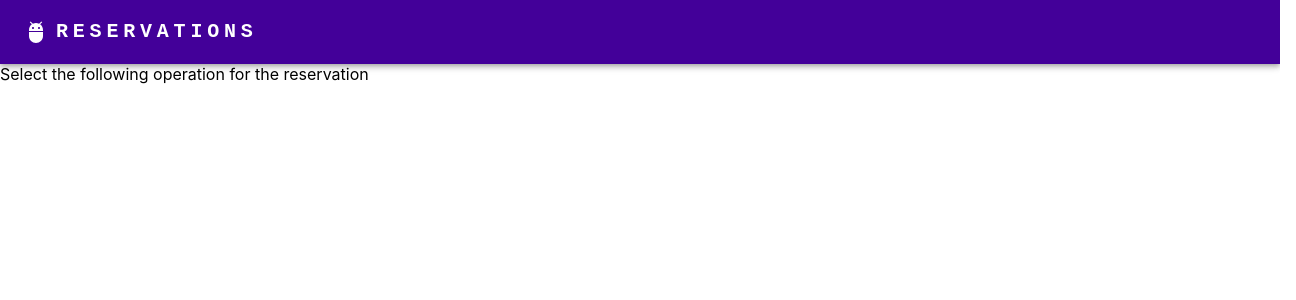
Repository: jbpadilha/reservationAWSRXJS
Page: /
An editor plug-in stored every save of this project. The page is shown before and after the next save, followed by the edit.
The browser window is 1280 px wide. The page is 1280 px wide, then 1296 px, so the pictures cover 1296 px, including what lies to the right of the window. The pictures show the whole page.
The project was rebuilt for these pictures with package versions that can differ from the ones it lists, and the page was loaded fresh each time. Also part of the build but not shown: src/App.css.

Above is the page before, as saved 2023-07-11 20:58:33.

### src/index.tsx
import React, { Suspense, StrictMode } from "react";
import { createRoot } from "react-dom/client";
import { Provider } from "react-redux";
import { ThemeProvider } from "@mui/material/styles";
import "./index.css";
import { PersistGate } from "redux-persist/integration/react";
import { CircularProgress, LinearProgress } from "@mui/material";
import { persistStore } from "redux-persist";
import App from "./App";
import muiTheme from "./config/muiTheme";
import { store } from "./store/store";
import "./config/i18next";

<link rel="preconnect" href="https://fonts.googleapis.com" />;
<link rel="preconnect" href="https://fonts.gstatic.com" crossOrigin="" />;
<link
  href="https://fonts.googleapis.com/css2?family=Inter:wght@100;300;400;500;600;700&family=Roboto:ital,wght@0,300;0,400;0,500;0,700;1,400&display=swap"
  rel="stylesheet"
/>;
<link
  rel="stylesheet"
  href="https://fonts.googleapis.com/icon?family=Material+Icons"
/>;

// eslint-disable-next-line import/prefer-default-export
export const persistor = persistStore(store as any);

const container = document.createElement("div");
document.body.appendChild(container);

createRoot(container).render(
  <StrictMode>
    <Provider store={store}>
      <PersistGate loading={<CircularProgress />} persistor={persistor}>
        <ThemeProvider theme={muiTheme}>
          <Suspense fallback={<LinearProgress />}>
            <App />
          </Suspense>
        </ThemeProvider>
      </PersistGate>
    </Provider>
  </StrictMode>,
);

### src/App.tsx
import React from "react";
import "./App.css";

import RoutesComponent from "./components/routes/RoutesComponent";

const App = () => (
  <div className="App">
    <RoutesComponent />
  </div>
);

export default App;

### src/config/muiTheme.ts
import { createTheme } from "@mui/material";

const muiTheme = createTheme({
  background: "white",
  breakpoints: {
    values: {
      xs: 0,
      sm: 600,
      md: 960,
      lg: 1440,
      xl: 1964,
    },
  },
  palette: {
    primary: {
      main: "#430099",
      dark: "#EB078C",
    },
    baseColor: "##430099",
    baseColorTxt: "#6c757d",
    lightGreyTxt: "#98a6ad",
    backgroundGray: "#F9F9F9",
    titleDarkRed: "#0B1B39",
    fontColorRed: "#EB078C",
  },
});

export default muiTheme;

### src/store/store.ts
import { configureStore } from "@reduxjs/toolkit";
import sessionStorage from "redux-persist/lib/storage";
import {
  persistReducer,
  FLUSH,
  REHYDRATE,
  PAUSE,
  PERSIST,
  PURGE,
  REGISTER,
} from "redux-persist";
import reducers from "./reducers";

const persistConfig = {
  key: "root",
  storage: sessionStorage,
};

const persistedReducer = persistReducer(persistConfig, reducers);

export const store = configureStore({
  reducer: persistedReducer,
  middleware: (getDefaultMiddleware) =>
    getDefaultMiddleware({
      serializableCheck: {
        ignoredActions: [FLUSH, REHYDRATE, PAUSE, PERSIST, PURGE, REGISTER],
      },
    }),
});

// Infer the `RootState` and `AppDispatch` types from the store itself
export type RootState = ReturnType<typeof store.getState>;
// Inferred type: {posts: PostsState, comments: CommentsState, users: UsersState}
export type AppDispatch = typeof store.dispatch;

### src/config/i18next.ts
/* eslint-disable import/no-unresolved */
/* eslint-disable camelcase */
import i18next from "i18next";
import { initReactI18next } from "react-i18next";
import LanguageDetector from "i18next-browser-languagedetector";

import en from "./locales/en.json";

const options = {
  // order and from where user language should be detected
  order: [
    "querystring",
    "cookie",
    "localStorage",
    "sessionStorage",
    "navigator",
    "htmlTag",
    "path",
    "subdomain",
  ],
};

const i18nOptions: any = {
  fallbackLng: "en",
  detection: options,
  debug: true,
  resources: {
    en: { translation: en },
  },
  interpolation: {
    escapeValue: false,
  },
  react: {
    bindI18n: "languageChanged",
    bindI18nStore: "",
    transEmptyNodeValue: "",
    transSupportBasicHtmlNodes: true,
    useSuspense: true,
    omitBoundRerender: false,
  },
};

i18next.use(LanguageDetector).use(initReactI18next).init(i18nOptions);

export default i18next;

### src/components/routes/RoutesComponent.tsx
import React from "react";
import { BrowserRouter, Route, Routes } from "react-router-dom";

const Main = React.lazy(() => import("../Main"));
const RoutesComponent = () => {
  return (
    <BrowserRouter>
      <Routes>
        <Route path="/" element={<Main />} />
        <Route path="*" element={<Main />} />
      </Routes>
    </BrowserRouter>
  );
};
export default RoutesComponent;

### src/store/reducers.ts
import { combineReducers } from "redux";
import genericReducer from "./genericReducer";

export default combineReducers({
  reservations: genericReducer,
});

### src/config/locales/en.json
{
    "selectMenu": "Select the following operation for the reservation",
    "departureDate": "Departure Date",
    "lastName": "Last Name",
    "enterLastName": "Enter the last Name"
}

### src/components/Main.tsx
import React from "react";
import { Grid } from "@mui/material";
import Header from "./Header";
import MainRoutes from "./routes/MainRoutes";

const Main = () => {
  return (
    <Grid
      container
      sx={{ width: "100%", height: "100%", flexDirection: "row" }}
    >
      <Grid component="header" item xs={12} sx={{ fontSize: 24 }}>
        <Header />
      </Grid>
      <Grid item xs={12} component="main">
        <MainRoutes />
      </Grid>
    </Grid>
  );
};

export default Main;

### src/store/genericReducer.ts
/* eslint-disable default-param-last */
import { Action, State } from "../interfaces/interfaces";
import { GenericActions } from "./genericActions";

const initialState: State = {
  openMessageModal: false,
  typeMessage: "info",
  messageModal: "",
  loading: false,
};
const genericReducer = (
  state: State = initialState,
  { type, payload }: Action,
): any => {
  switch (type) {
    case GenericActions.CLOSE_MESSAGE_MODAL:
      return {
        ...state,
        openMessageModal: false,
        messageModal: null,
        typeMessage: "info",
      };
    case GenericActions.INFO_MESSAGE_MODAL:
      return {
        ...state,
        openMessageModal: true,
        messageModal: payload,
        typeMessage: "info",
      };
    case GenericActions.SUCCESS_MESSAGE_MODAL:
      return {
        ...state,
        openMessageModal: true,
        messageModal: payload,
        typeMessage: "success",
      };
    case GenericActions.FAIL_MESSAGE_MODAL:
      return {
        ...state,
        openMessageModal: true,
        messageModal: payload,
        typeMessage: "error",
      };
    case GenericActions.API_GENERIC_SUCCESS: {
      switch (payload?.actionType) {
        default:
          return state;
      }
    }
    case GenericActions.API_GENERIC_ERROR: {
      switch (payload?.actionType) {
        default:
          return state;
      }
    }
    default:
      return state;
  }
};

export default genericReducer;

### src/components/Header.tsx
import React from "react";
import { AppBar, Toolbar, Typography } from "@mui/material";
import Container from "@mui/material/Container";
import AdbIcon from "@mui/icons-material/Adb";

const Header = () => {
  return (
    <AppBar position="static">
      <Container maxWidth="xl">
        <Toolbar disableGutters>
          <AdbIcon sx={{ display: { xs: "none", md: "flex" }, mr: 1 }} />
          <Typography
            variant="h6"
            noWrap
            component="a"
            href="/"
            sx={{
              mr: 2,
              display: { xs: "none", md: "flex" },
              fontFamily: "monospace",
              fontWeight: 700,
              letterSpacing: ".3rem",
              color: "inherit",
              textDecoration: "none",
            }}
          >
            RESERVATIONS
          </Typography>
        </Toolbar>
      </Container>
    </AppBar>
  );
};

export default Header;

### src/components/routes/MainRoutes.tsx
import { Suspense } from "react";
import { LinearProgress } from "@mui/material";
import { Route, Routes } from "react-router-dom";
import { MultiRoutes } from "../../interfaces/interfaces";
import generalRoutes from "./generalRoutes";
import Menu from "../Menu";

const MainRoutes = () => {
  const routes: MultiRoutes[] = [];
  routes.push(...generalRoutes);

  return (
    <Suspense fallback={<LinearProgress />}>
      <Routes>
        <Route path="/" element={<Menu />} />
        {routes.map((route: MultiRoutes) => (
          <Route key={route.key} path={route.path} element={route.element} />
        ))}
      </Routes>
    </Suspense>
  );
};

export default MainRoutes;

### src/store/genericActions.ts
import { Action } from "../interfaces/interfaces";

export const GenericActions = {
  API_GENERIC_SUCCESS: "API_GENERIC_SUCCESS",
  API_GENERIC_ERROR: "API_GENERIC_ERROR",
  CLOSE_MESSAGE_MODAL: "CLOSE_MESSAGE_MODAL",
  SUCCESS_MESSAGE_MODAL: "SUCCESS_MESSAGE_MODAL",
  FAIL_MESSAGE_MODAL: "FAIL_MESSAGE_MODAL",
  INFO_MESSAGE_MODAL: "INFO_MESSAGE_MODAL",
};

// Generic Api Response Generic Action
export const apiResponseSuccess = (
  actionType: string,
  payload: Action,
): Action => ({
  type: actionType,
  payload: { actionType: payload.type, data: payload.payload },
});

export const apiResponseError = (
  actionType: string,
  payload: Action,
): Action => ({
  type: actionType,
  payload: { actionType: payload.type, data: payload.error },
});

export const infoMessageModal = (message: string): Action => ({
  type: GenericActions.INFO_MESSAGE_MODAL,
  payload: message,
});

export const successMessageModal = (message: string): Action => ({
  type: GenericActions.SUCCESS_MESSAGE_MODAL,
  payload: message,
});

export const failMessageModal = (message: string): Action => ({
  type: GenericActions.FAIL_MESSAGE_MODAL,
  payload: message,
});

export const closeMessageModal = (): Action => ({
  type: GenericActions.CLOSE_MESSAGE_MODAL,
  payload: false,
});

### src/components/routes/generalRoutes.tsx
import React from "react";
import { MultiRoutes } from "../../interfaces/interfaces";

const SearchReservations = React.lazy(() => import("../SearchReservations"));

const generalRoutes: MultiRoutes[] = [
  {
    path: "/search",
    key: "SearchReservations",
    element: <SearchReservations />,
  },
];

export default generalRoutes;

### src/components/Menu.tsx
import React from "react";
import { Grid } from "@mui/material";
import { useTranslation } from "react-i18next";

const Menu = () => {
  const { t } = useTranslation();
  return (
    <Grid container>
      <Grid item xs={12}>
        {t("selectMenu")}
      </Grid>
    </Grid>
  );
};

export default Menu;

Loaded but not shown: public/index.html (common file); src/index.css (common file)

After the next save:
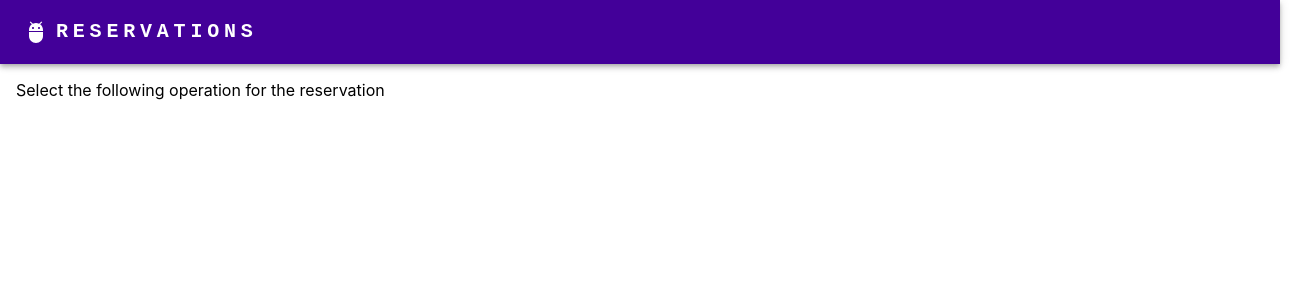
Saved 35 s later.
--- a/src/components/Menu.tsx
+++ b/src/components/Menu.tsx
@@ -5,7 +5,7 @@ import { useTranslation } from "react-i18next";
 const Menu = () => {
   const { t } = useTranslation();
   return (
-    <Grid container>
+    <Grid container sx={{ margin: 2 }}>
       <Grid item xs={12}>
         {t("selectMenu")}
       </Grid>
